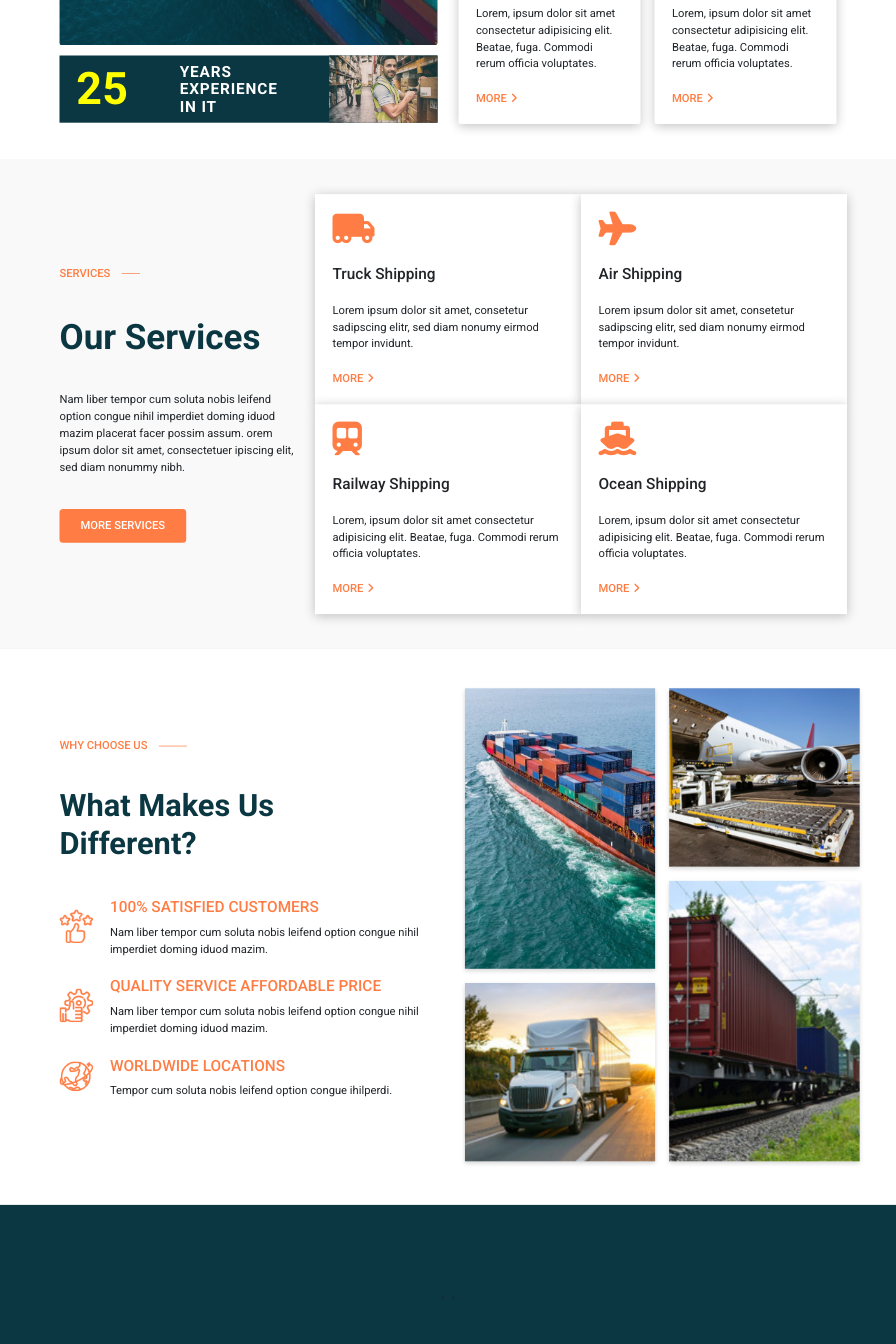
Repository: nazmulalok/shipping-theme
Page: index.html
These files come from the project's save history. The page is drawn as it stood at one moment and after the next save; the edit follows.
The browser window is 1280 px wide. The pictures show the part of the page from y = 1486 to 3406 px (the page is 3406 px tall), at 70% of full size.
Some web libraries are served in a nearby version.

Above is the page before, as saved 2022-10-09 09:07:47.

After the next save:
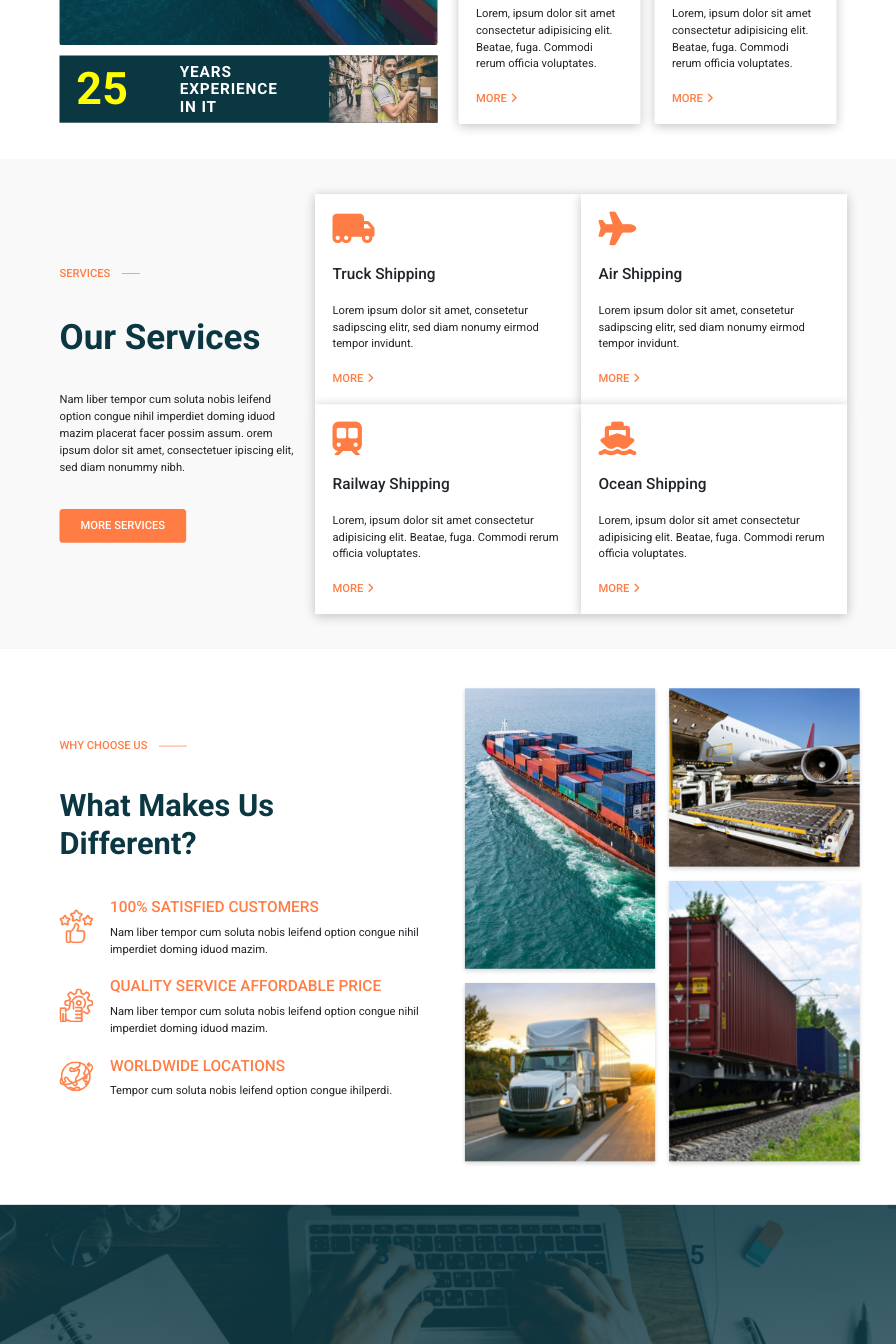
Saved 15 min 3 s later.
--- a/style.css
+++ b/style.css
@@ -479,5 +479,7 @@ a.more-btn:after {
 /* Testimonial Section */
 
 .testimonial-sec {
-    background: var(--secondary-color);
-}
+    background-image: linear-gradient(#0b3742db, #0b3742c4), url(images/testimonial-bg.png);
+    background-size: cover;
+    background-position: center;
+}
